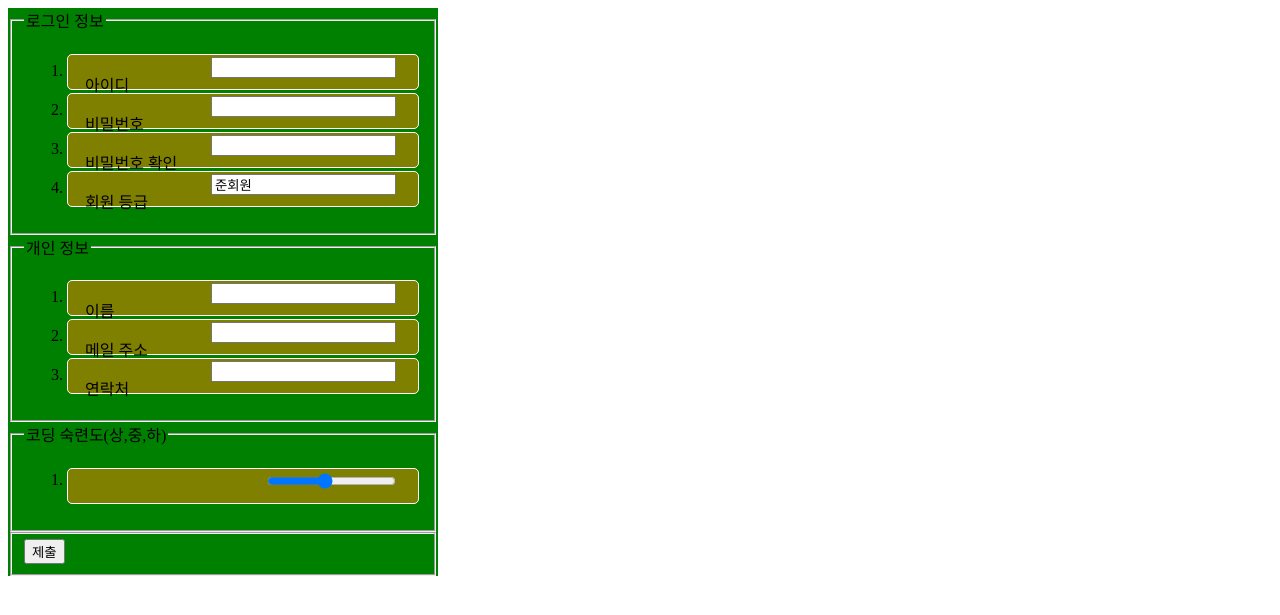
Repository: giwon8701/Qclass_KH
Page: Workspace_Java/testWebProject/test.html
An editor plug-in stored every save of this project. The page is shown before and after the next save, followed by the edit.
The browser window is 1280 px wide. The pictures show the whole page.

Above is the page before, as saved 2021-01-11 02:31:22.

After the next save:
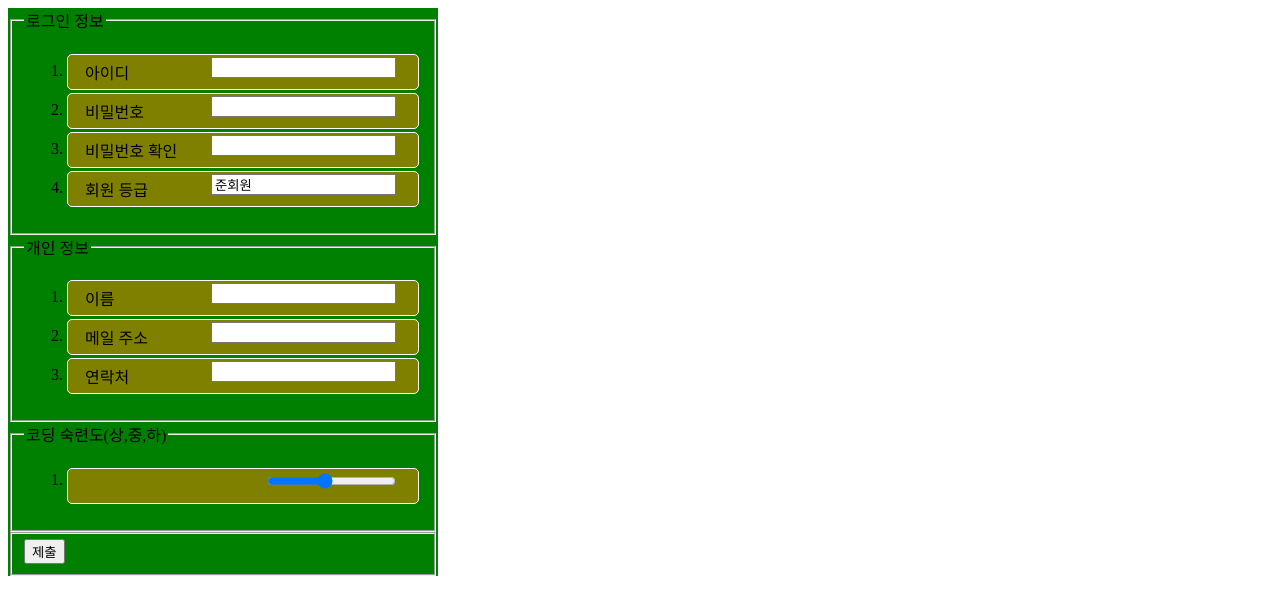
Saved 6 s later.
--- a/Workspace_Java/testWebProject/test_css.css
+++ b/Workspace_Java/testWebProject/test_css.css
@@ -16,7 +16,7 @@
 	width: 100px;
 	padding: 15px;
 	position: relative;
-	top:50%;
+	top:10%;
 }
 .navi ol li input {
 	float: right;
